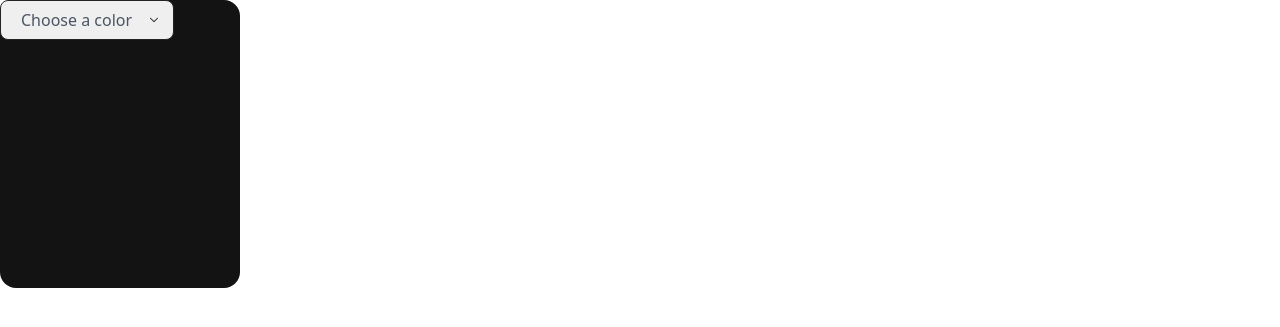
Repository: SayedJamil/Edvora-app
Page: /leftcard
These files come from the project's save history. The page is drawn as it stood at one moment and after a run of saves; the edit follows.
The browser window is 1280 px wide. The pictures show the whole page.
The project was rebuilt for these pictures with package versions that can differ from the ones it lists, and the page was loaded fresh each time. The framework's server and built-in components were replaced by stand-ins that run in the browser. Also part of the build but not shown: next.config.js.

Above is the page before, as saved 2021-12-19 15:55:18.

### pages/leftcard.js
function leftcard() {
    return (
        <div className="h-72 w-60 bg-[#131313] rounded-2xl">

            <div class="relative inline-flex">
                <svg class="w-2 h-2 absolute top-0 right-0 m-4 pointer-events-none" xmlns="http://www.w3.org/2000/svg" viewBox="0 0 412 232"><path d="M206 171.144L42.678 7.822c-9.763-9.763-25.592-9.763-35.355 0-9.763 9.764-9.763 25.592 0 35.355l181 181c4.88 4.882 11.279 7.323 17.677 7.323s12.796-2.441 17.678-7.322l181-181c9.763-9.764 9.763-25.592 0-35.355-9.763-9.763-25.592-9.763-35.355 0L206 171.144z" fill="#232323" fill-rule="nonzero" /></svg>
                <select class="border border-[#232323] rounded-lg text-gray-600 h-10 pl-5 pr-10 bg-[#232323]hover:border-[#232323] focus:outline-none appearance-none">
                    <option>Choose a color</option>
                    <option>Red</option>
                    <option>Blue</option>
                </select>
            </div>

        </div>
    )
}

export default leftcard

### styles/globals.css
body {
  margin: 0;
  padding: 0;
}
@tailwind base;
@tailwind components;
@tailwind utilities;

Loaded but not shown: pages/_app.js (common file); tailwind.config.js (common file)

After the next 2 saves:
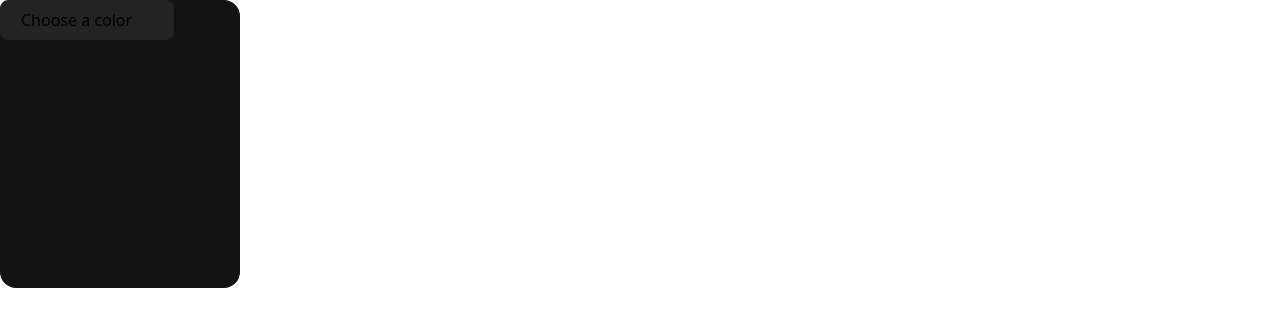
The 2 saves are shown as one change because they came seconds apart.
The last was saved 83 s later.
--- a/pages/leftcard.js
+++ b/pages/leftcard.js
@@ -4,7 +4,7 @@ function leftcard() {
 
             <div class="relative inline-flex">
                 <svg class="w-2 h-2 absolute top-0 right-0 m-4 pointer-events-none" xmlns="http://www.w3.org/2000/svg" viewBox="0 0 412 232"><path d="M206 171.144L42.678 7.822c-9.763-9.763-25.592-9.763-35.355 0-9.763 9.764-9.763 25.592 0 35.355l181 181c4.88 4.882 11.279 7.323 17.677 7.323s12.796-2.441 17.678-7.322l181-181c9.763-9.764 9.763-25.592 0-35.355-9.763-9.763-25.592-9.763-35.355 0L206 171.144z" fill="#232323" fill-rule="nonzero" /></svg>
-                <select class="border border-[#232323] rounded-lg text-gray-600 h-10 pl-5 pr-10 bg-[#232323]hover:border-[#232323] focus:outline-none appearance-none">
+                <select class="border border-[#232323] rounded-lg h-10 pl-5 pr-10 bg-[#232323] hover:border-[#232323] focus:outline-none appearance-none">
                     <option>Choose a color</option>
                     <option>Red</option>
                     <option>Blue</option>
